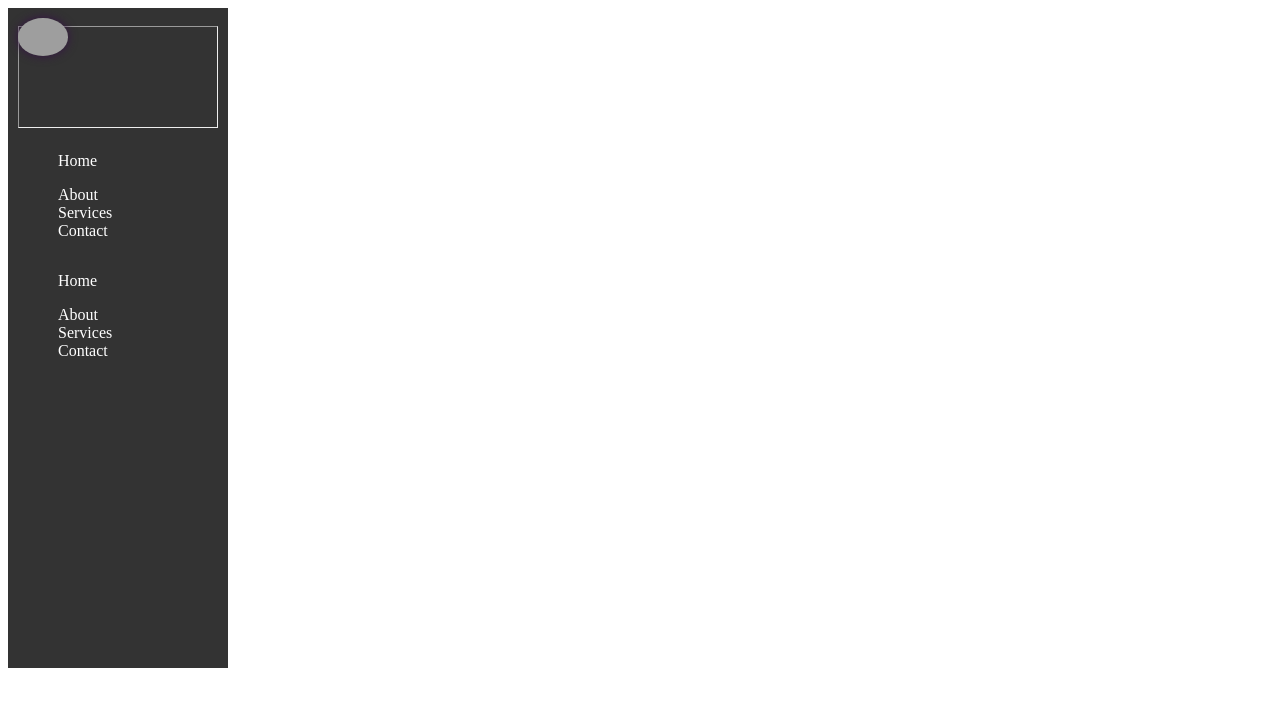
Repository: CryptoFamilyNFT/develhope
Page: css/flexbox/flexbox.html
The author's editor kept a copy of each file at every save. The page is drawn from the files as they stood at one save, then again after the next save.
The browser window is 1280 px wide. The pictures show the whole page.
Pictures or frames that could not be fetched are drawn as grey boxes.

Above is the page before, as saved 2024-11-14 11:42:45.

### css/flexbox/flexbox.html
<!DOCTYPE html>
<html lang="en">

<head>
    <meta charset="UTF-8">
    <meta name="viewport" content="width=device-width, initial-scale=1.0">
    <title>Document</title>
    <link rel="stylesheet" href="flex.css">
</head>

<body>
    <main class="section">
        <aside class="sidebar">
            <div class="logo-container">
                <div class="logo-section">
                    <img src="https://substackcdn.com/image/fetch/f_auto,q_auto:good,fl_progressive:steep/https%3A%2F%2Fsubstack-post-media.s3.amazonaws.com%2Fpublic%2Fimages%2F8ed3d547-94ff-48e1-9f20-8c14a7030a02_2000x2000.jpeg"
                        height="1024" width="1536" alt="logo">
                </div>
                <hr/>
            </div>
            <div>
                <ul class="aside-nav">
                    <li class="nav-item">
                        <p>Home</p>
                    </li>
                    <li class="nav-item">About</li>
                    <li class="nav-item">Services</li>
                    <li class="nav-item">Contact</li>
                </ul>
            </div>
            <div>
                <ul class="aside-nav">
                    <li class="nav-item">
                        <p>Home</p>
                    </li>
                    <li class="nav-item">About</li>
                    <li class="nav-item">Services</li>
                    <li class="nav-item">Contact</li>
                </ul>
            </div>
        </aside>
    </main>
</body>

</html>

### css/flexbox/flex.css
main {
    width: '100%';
    margin: 0;
    padding: 0;
}

ul {
    list-style-type: none;
}

.sidebar{
    display: flex;
    position: relative;
    flex-direction: column;
    height: 50vw;
    width: 200px;
    background-color: #333;
    color: #fff;
    padding: 10px;
}

.logo-container > hr {
    width: '100%';
    height: 100px;
    display: flex;
    align-items: end;
}

.logo-section {
    width: 100px;
    position: absolute;
    top: 2;
    left: 2;
}

img[alt="logo"] {
    border: '1px solid #fff';
    border-radius: 100%;
    width: 50px;
    height: auto;
    image-resolution: from-image;
    animation: LightGame 2s linear infinite;
}

@keyframes LightGame {
    0% {
        box-shadow: 0 0 10px 0 #fff;
    }
    50% {
        box-shadow: 0 0 10px 0 #371247;
    }
    100% {
        box-shadow: 0 0 10px 0 #928c8c;
    }
}

After the next save:
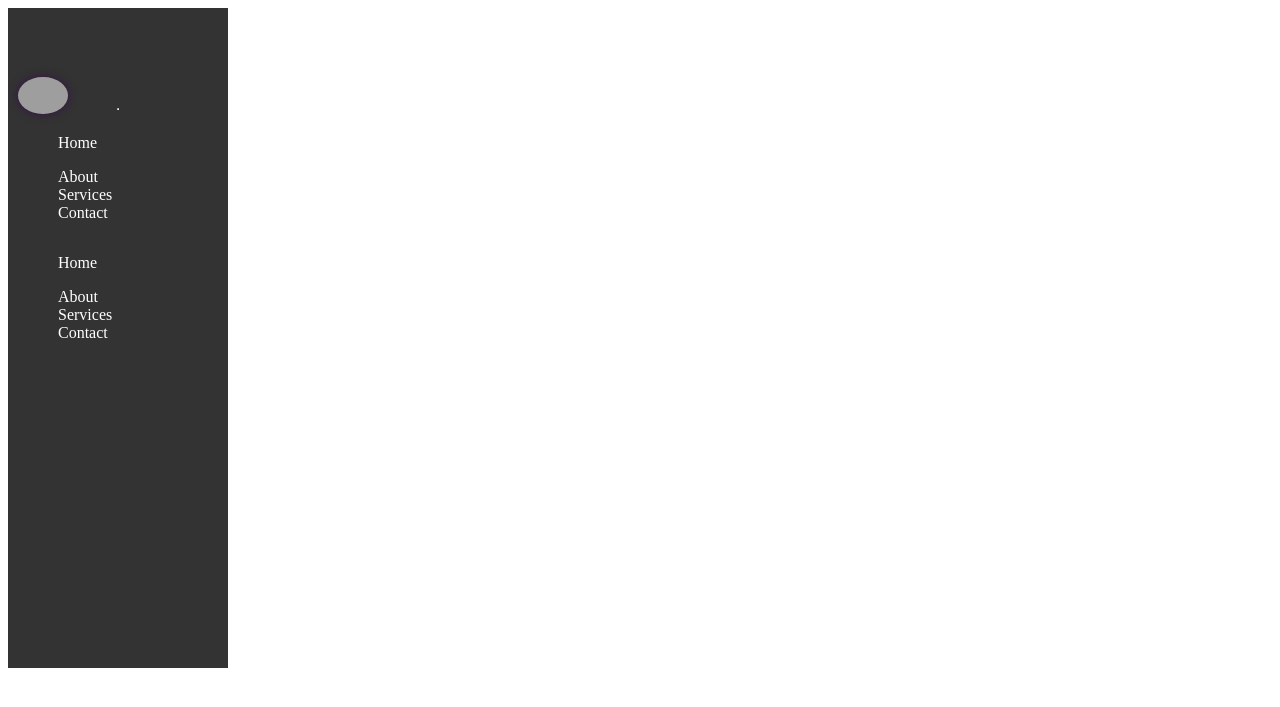
Saved 16 s later.
--- a/css/flexbox/flex.css
+++ b/css/flexbox/flex.css
@@ -19,7 +19,7 @@ ul {
     padding: 10px;
 }
 
-.logo-container > hr {
+.logo-container {
     width: '100%';
     height: 100px;
     display: flex;
